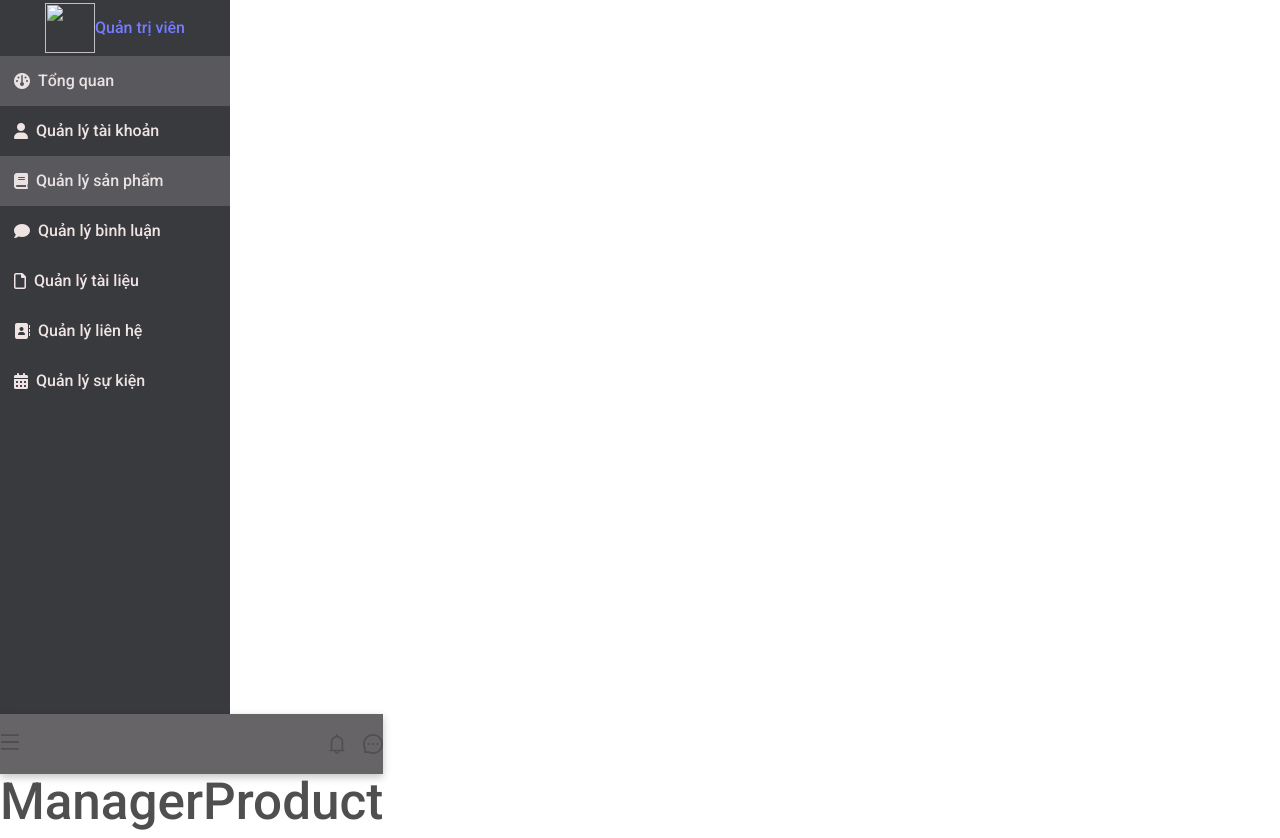
Repository: TinhTT336/MD02_Session10
Page: /admin/manager-product
The author's editor kept a copy of each file at every save. The page is drawn from the files as they stood at one save, then again after the next save.
The browser window is 1280 px wide. The pictures show the whole page.
Some web libraries are served in a nearby version. The project was rebuilt for these pictures with package versions that can differ from the ones it lists, and the page was loaded fresh each time. Also part of the build but not shown: vite.config.js, src/layouts/Navbar.jsx, src/layouts/Footer.jsx, src/components/base/button/button.css, src/components/base/button/Button.jsx, src/pages/Home.jsx, src/common/formatMoney.js, src/actions/cartActions.js and 11 more.

Above is the page before, as saved 2023-09-08 16:39:51.

After the next save:
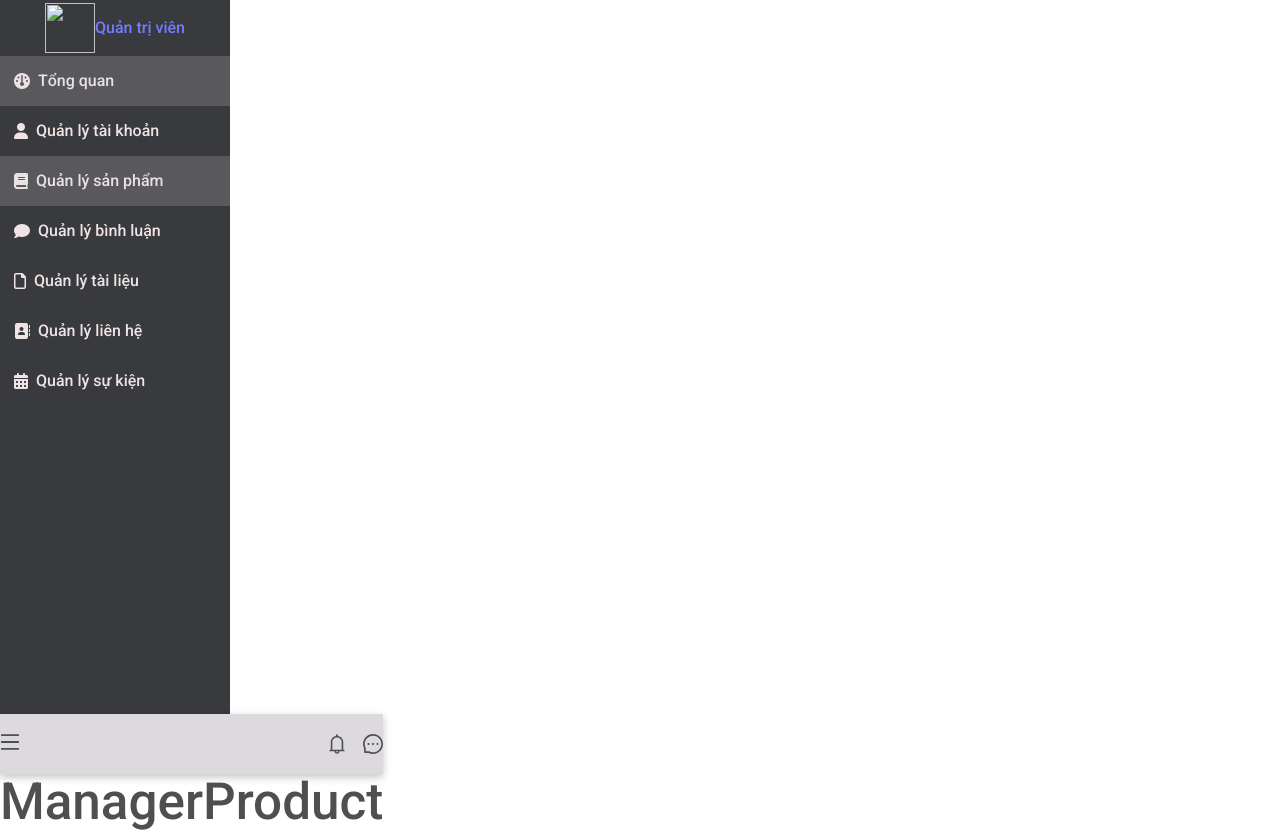
Saved 6 s later.
--- a/src/layouts/admin/header/header.css
+++ b/src/layouts/admin/header/header.css
@@ -1,6 +1,6 @@
 .header-admin {
   width: 100%;
   height: 60px;
-  background-color: rgb(102, 100, 103);
+  background-color: rgb(221, 218, 223);
   box-shadow: rgba(0, 0, 0, 0.24) 0px 3px 8px;
 }
